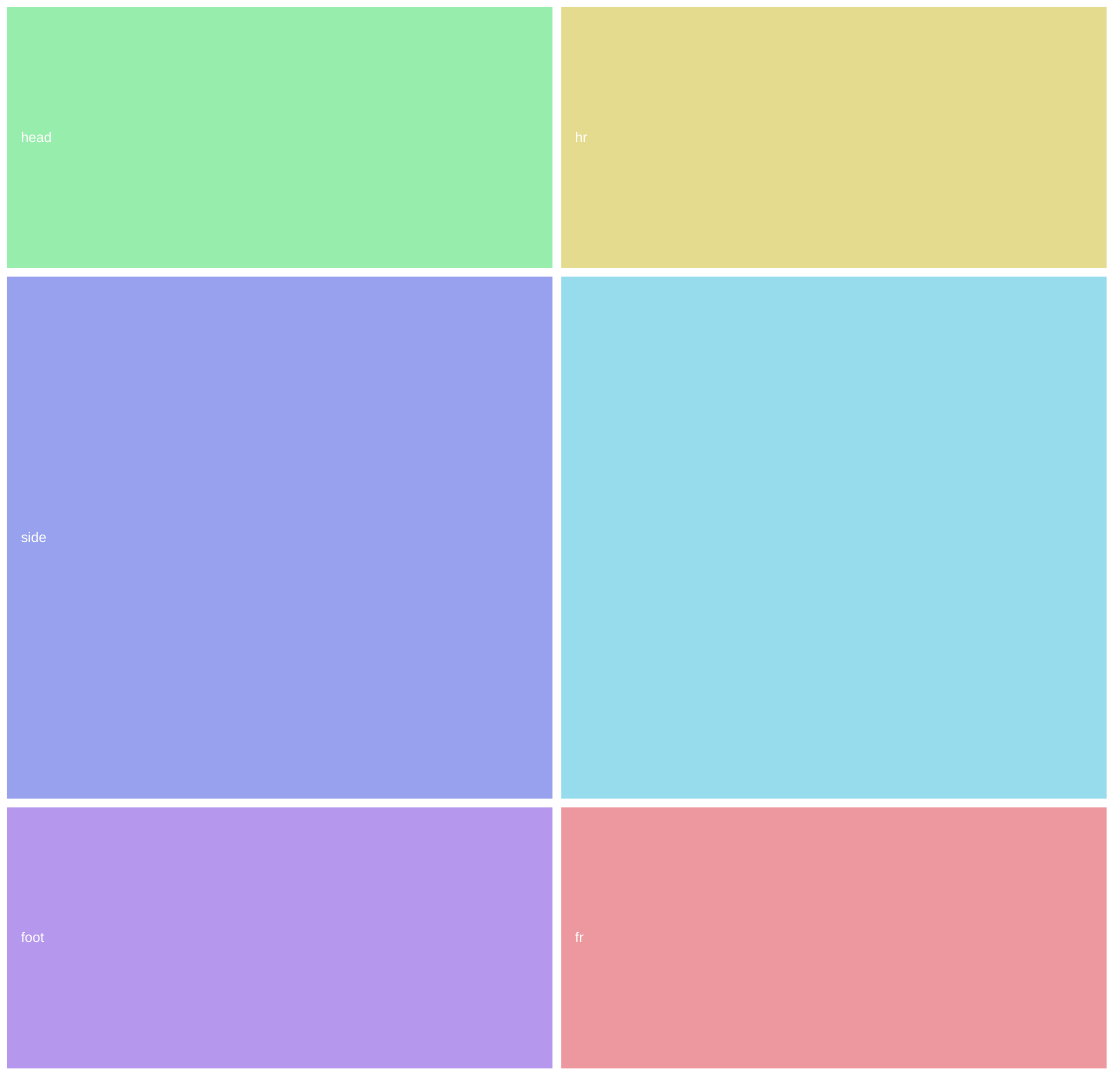
Repository: SamirIngley/html-semantic
Page: templates/grid.html
The author's editor kept a copy of each file at every save. The page is drawn from the files as they stood at one save, then again after the next save.
The browser window is 1280 px wide. The pictures show the whole page, at 87% of full size.

Above is the page before, as saved 2020-02-06 15:43:41.

### templates/grid.html
<!--
   This example used named areas to place elements
   on the grid
 -->
<div class="wrapper">



  <div class="header">
    <div>head</div>
    <meta
      name="viewport"
      content= ‘width=device-width, initial-scale=1.0, maximum-scale=1.0’
    />
  </div>

  <div class="header-right">
    <div>hr</div>
  </div>

  <div class="main-content">
    <!-- <div><img src="static/images/8-bit.png" alt="samir-profile-pic" style="width:136%;"></div> -->
  </div>

  <div class="side-bar">
    <div>side</div>
  </div>

  <div class="footer">
    <div>foot</div>
  </div>

  <div class="footer-right">
    <div>fr</div>
  </div>

</div>

<style>
  .wrapper {
    display: grid;
    grid-gap: 10px;
    grid-template-columns: repeat(2, 1fr);
    grid-template-rows: 300px 600px 300px;
    /*
    The named areas below define where elements with
    those names are placed on the grid.
    */
    grid-template-areas:  "h r"
                          "s m"
                          "f g";
  }

  .wrapper>div {
    color: white;
    font-family: Helvetica;
    padding: 1em;
    display: flex;
    justify-content: space-between;
    align-items: center;
    /* height: 20px; */
  }

  .header {
    /* Name this element to place it on the grid */
    grid-area: h;
  }

  .header-right {
    grid-area: r;
  }

  .main-content {
    grid-area: m;
  }

  .side-bar {
    grid-area: s;
  }

  .footer {
    grid-area: f;
  }

  .footer-right {
    grid-area: g;
  }

  .wrapper>div:nth-child(1) {
    background-color: #97edab
  }

  .wrapper>div:nth-child(2) {
    background-color: #e5db8e
  }

  .wrapper>div:nth-child(3) {
    background-color: #97dced
  }

  .wrapper>div:nth-child(4) {
    background-color: #97a1ed
  }

  .wrapper>div:nth-child(5) {
    background-color: #b597ed
  }

  .wrapper>div:nth-child(6) {
    background-color: #ed979e
  }
/* Extra small devices (phones, 600px and down) */
  @media only screen and (max-width: 600px) {
    .wrapper {
        /* display: grid;
        grid-gap: 10px;
        grid-template-columns: repeat(2, 1fr);
        grid-template-rows: 300px 600px;

        grid-template-areas:  "h h h h"
                              "r r r r"
                              "s s s s"
                              "m m m m"
                              "f f g g"; */
      }
  }
  /* Small devices (portrait tablets and large phones, 600px and up) */
  @media only screen and (min-width: 600px) {
    .wrapper {
        /* display: grid;
        grid-gap: 10px;
        grid-template-columns: repeat(2, 1fr);
        grid-template-rows: 300px 600px;

        grid-template-areas:  "h h h h"
                              "r r r r"
                              "s s s s"
                              "f f g g"; */
    }
  }

  /* Medium devices (landscape tablets, 768px and up) */
  @media only screen and (min-width: 768px) {...}

  /* Large devices (laptops/desktops, 992px and up) */
  @media only screen and (min-width: 992px) {...}

  /* Extra large devices (large laptops and desktops, 1200px and up) */
  @media only screen and (min-width: 1200px) {...}

</style>

After the next save:
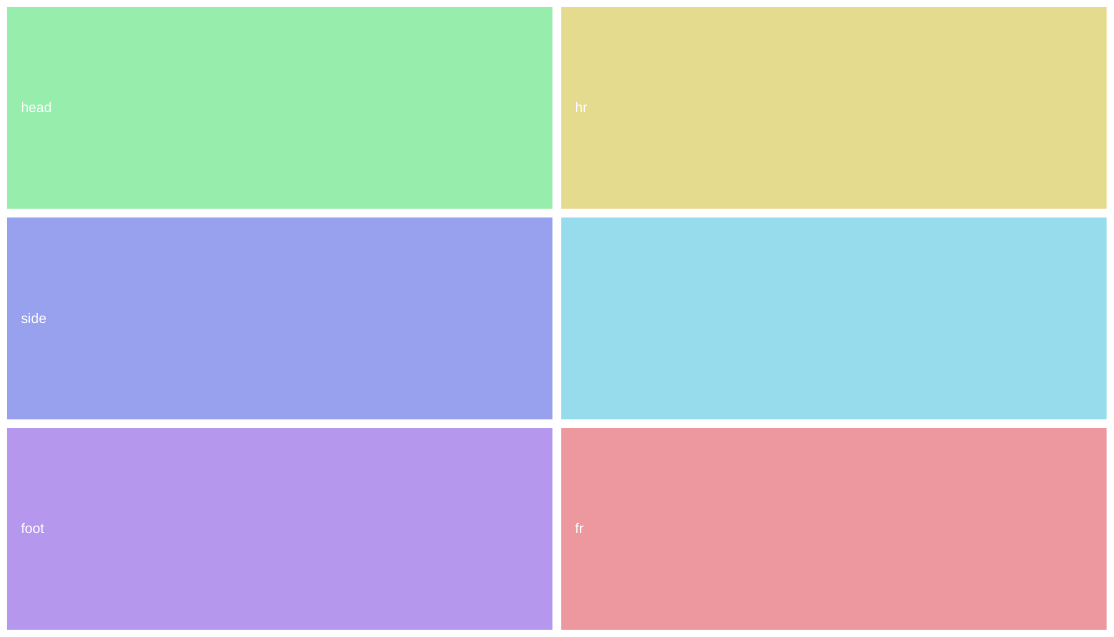
Saved 19 s later.
--- a/templates/grid.html
+++ b/templates/grid.html
@@ -41,7 +41,7 @@
     display: grid;
     grid-gap: 10px;
     grid-template-columns: repeat(2, 1fr);
-    grid-template-rows: 300px 600px 300px;
+    /* grid-template-rows: 300px 600px 300px; */
     /*
     The named areas below define where elements with
     those names are placed on the grid.
@@ -58,7 +58,7 @@
     display: flex;
     justify-content: space-between;
     align-items: center;
-    /* height: 20px; */
+    height: 200px;
   }
 
   .header {
